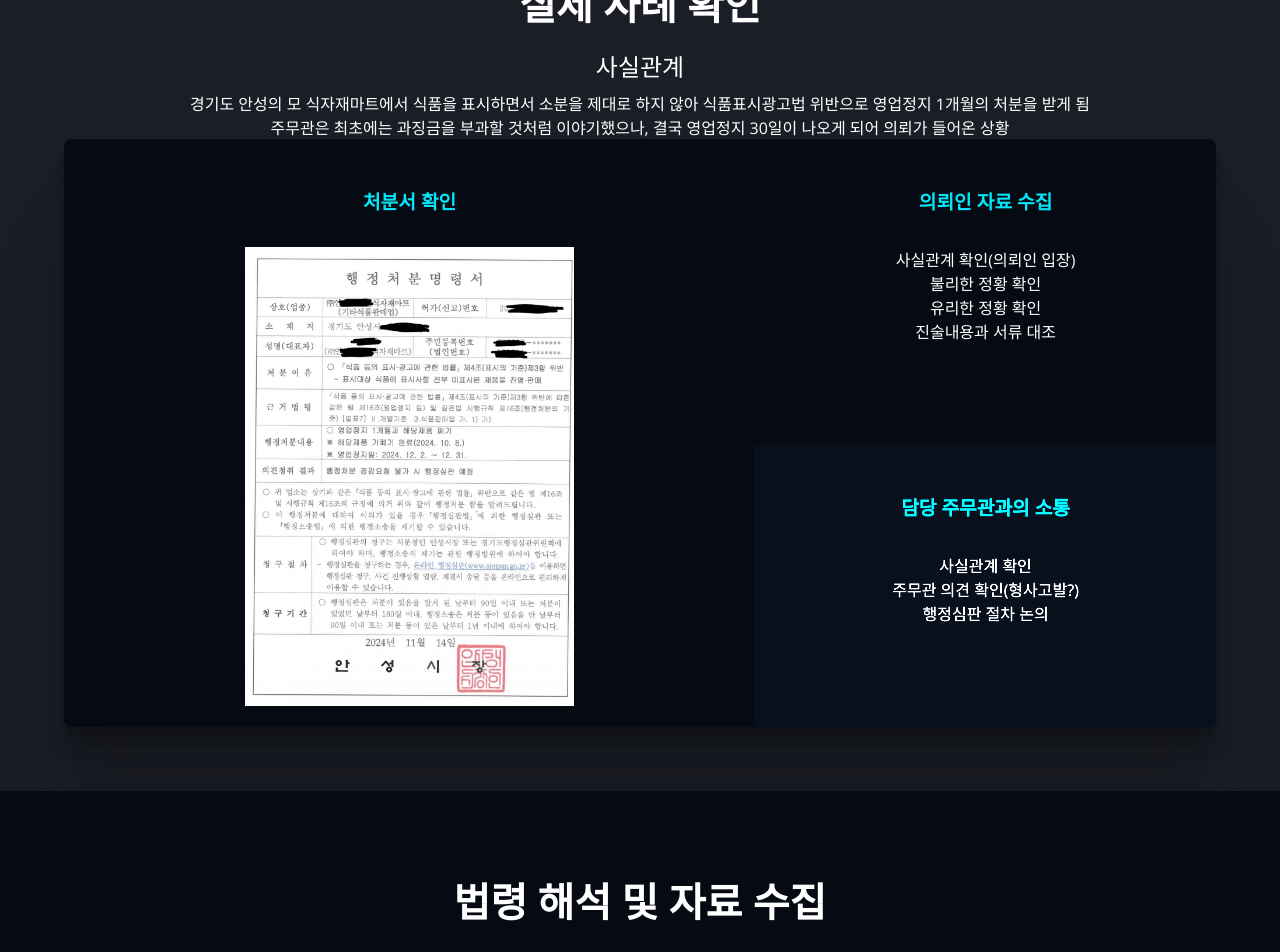
Repository: eggmoon/eggmoon_new
Page: index.html
The author's editor kept a copy of each file at every save. The page is drawn from the files as they stood at one save, then again after the next save.
The browser window is 1280 px wide. The pictures show the part of the page from y = 1512 to 2464 px (the page is 4369 px tall).
A picture or video elsewhere on the page could not be fetched, so the positions and the page height are approximate. Some web libraries are served in a nearby version.

Above is the page before, as saved 2025-02-26 19:50:54.
Console error: ReferenceError: const등 is not defined

### index.html
<!DOCTYPE html>
<html lang="en">
  <head>
    <meta charset="UTF-8" />
    <meta http-equiv="X-UA-Compatible" content="IE=edge" />
    <meta name="viewport" content="width=device-width, initial-scale=1.0" />
    <!-- SEO -->
    <title>행정심판청구서 작성 가이드</title>
    <meta
      name="description"
      content="Portfolio for world-renowned software
    engineer Ellie"
    />
    <meta name="author" content="MScho" />
    <link rel="shortcut icon" href="images/favicon.ico" type="image/x-icon" />
    <!-- OG (Open Graph Data) -->
    <meta property="og:title" content="행정정심판청구서 작성 가이드" />
    <meta property="og:type" content="website" />
    <meta property="og:url" content="https://eggmoon.github.io/eggmoon/"/>
    <meta property="og:image" content="배포후에 생성된 이미지 URL" />
    <!-- Google Fonts -->
    <link rel="preconnect" href="https://fonts.googleapis.com" />
    <link rel="preconnect" href="https://fonts.gstatic.com" crossorigin />
    <link
      href="https://fonts.googleapis.com/css2?family=Open+Sans:wght@400;600&display=swap"
      rel="stylesheet"
    />
    <!-- Font Awesome -->
    <script src="https://kit.fontawesome.com/8d3cd595d6.js" crossorigin="anonymous"></script>
    <!-- CSS -->
    <link rel="stylesheet" href="css/style.css" />
    <!-- Javascript -->
    <script src="src/main.js" defer></script>
  </head>
  <body>
    <!-- Header -->
    <header class="header">
      <div class="header__logo">
        <img class="header__logo__img" src="images/favicon.ico" alt="logo" />
        <h1 class="header__logo__title"><a href="#">조미성 행정사사무소</a></h1>
      </div>
      <nav class="header__nav">
        <ul class="header__menu">
          <li><a class="header__menu__item active" href="#home">HOME</a></li>
          <li><a class="header__menu__item" href="#about">작성Flow</a></li>
          <li><a class="header__menu__item" href="#skills">실제 사례</a></li>
          <li><a class="header__menu__item" href="#work">법령해석 및 자료수집</a></li>
          <li><a class="header__menu__item" href="#testimonial">사실관계의 재구성</a></li>
          <li><a class="header__menu__item" href="#contact">Bottom</a></li>
        </ul>
      </nav>
    </header>
    <!-- Main -->
    <main>
      <!-- Home -->
      <section id="home" class="section">
        <img class="home__logo" src="images/favicon.ico" alt="Ellie's profile" />
        <h2 class="home__title"><strong class="home__title--strong">행정심판청구서</strong> <br> 작성 가이드</h2>
        <p class="home__description">사실관계 확정과 비례의 원칙을 중심으로</p>
        <a class="home__contact" href="#contact">조미성 행정사사무소</a>
      </section>
      <!-- About -->
      <section id="about" class="section max-container =">
        <h2 class="title">작성 Flow</h2>
        <p section="description">
          사실관계 및 법령의 확인
        </p>
        <p>내용을 작성해야 합니다.</p>
        <ul class="about__majors">
          <li class="about__major">
            <i class="fa-solid fa-magnifying-glass about__major__icon"></i>
            <p class="about__major__title">Step 1</p>
            <p>사실관계 및 관련 법령 확인</p>
          </li>
          <li class="about__major">
            <i class="fa-solid fa-book about__major__icon"></i>
            <p class="about__major__title">Step 2</p>
            <p>자료조사 및 법령의 해석론 확립</p>
            <li class="about__major">
              <i class="fa-solid fa-arrow-down-z-a about__major__icon"></i>
              <p class="about__major__title">Step 3</p>
              <p>사실관계의 전략적 재구성</p>
            </li>
          </li>
        </ul>
        <ul class="about__subexps">
          <li class="about__subexp">
            <div class="redicon"><i class="fa-solid fa-question"></i></div>
            <div>
              <p class="about__subexp__title">단순히 법령을 유리하게 해석하는 것만으로는 부족할 수 있으며,</p>
              <p class="about__subexp__content">모든 해석론에는 가급적 근거를 첨부해야 함</p>
            </div>
          </li>
          <li class="about__subexp">
            <div class="redicon"><i class="fa-solid fa-exclamation"></i></div>
            <div>
              <p class="about__subexp__title"> 사실관계와 법령 해석의 </p>
              <p class="about__subexp__content">모든 과정은 유기적으로 이루어져야 함</p>
            </div>
          </li>
        </ul>
      </section>
      <!-- Skills -->
      <section id="skills" class="section">
        <div class="max-container">
          <h2 class="title">실제 사례 확인</h2>
          <p class="description">사실관계</p>
          <p> 경기도 안성의 모 식자재마트에서 식품을 표시하면서 소분을 제대로 하지 않아 식품표시광고법 위반으로 영업정지 1개월의 처분을 받게 됨</p>
           <p>주무관은 최초에는 과징금을 부과할 것처럼 이야기했으나, 결국 영업정지 30일이 나오게 되어 의뢰가 들어온 상황</p>
          <div class="skills-container">
            <section class="skills__rule">
              <h3 class="skills__title">처분서 확인</h3>
              <div>
                <img class="skills__img" src="images/research/diposition.jpg" />
              </div>
              <!-- <ul>
                <li class="bar">
                  <div class="bar__metadata"><span>HTML</span><span>98%</span></div>
                  <div><div class="bar__value bar__bg" style="width: 98%"></div></div>
                </li>
                <li class="bar">
                  <div class="bar__metadata"><span>CSS</span><span>90%</span></div>
                  <div><div class="bar__value bar__bg" style="width: 90%"></div></div>
                </li>
                <li class="bar">
                  <div class="bar__metadata"><span>JavaScript</span><span>90%</span></div>
                  <div><div class="bar__value bar__bg" style="width: 90%"></div></div>
                </li>
                <li class="bar">
                  <div class="bar__metadata"><span>TypeScript</span><span>80%</span></div>
                  <div><div class="bar__value bar__bg" style="width: 80%"></div></div>
                </li>
                <li class="bar">
                  <div class="bar__metadata"><span>React</span><span>79%</span></div>
                  <div><div class="bar__value bar__bg" style="width: 79%"></div></div>
                </li>
                <li class="bar">
                  <div class="bar__metadata"><span>NodeJs</span><span>68%</span></div>
                  <div><div class="bar__value bar__bg" style="width: 68%"></div></div>
                </li>
              </ul> -->
            </section>
            <section class="skills__explain">
              <h3 class="skills__title">의뢰인 자료 수집</h3>
              <ul>
                <li>사실관계 확인(의뢰인 입장)</li>
                <li>불리한 정황 확인</li>
                <li>유리한 정황 확인</li>
                <li>진술내용과 서류 대조</li>
                <li><a href="research/measure.jpg"></a></li>
              </ul>
            </section>
            <section class="skills__data">
              <h3 class="skills__title">담당 주무관과의 소통</h3>
              <ul>
                <li>사실관계 확인</li>
                <li>주무관 의견 확인(형사고발?)</li>
                <li>행정심판 절차 논의</li>
              </ul>
            </section>
          </div>
        </div>
      </section>
      <!-- Work -->
      <section id="work" class="section">
        <div class="max-container">
          <h2 class="title">법령 해석 및 자료 수집</h2>
          <p class="description">Projects</p>
          <ul class="categories">
            <li>
              <button class="category category--selected">All <span class="category__count">8</span></button>
            </li>
            <li>
              <button class="category">근거법령<span class="category__count">3</span></button>
            </li>
            <li>
              <button class="category">하위법령<span class="category__count">3</span></button>
            </li>
            <li>
              <button class="category"> 논문/자료 등 <span class="category__count">2</span></button>
            </li>
          </ul>
          <ul class="projects">
            <li class="project">
              <a href="#" target="_blank">
                <img src="images/projects/project1.jpg" alt="act1" class="project__img"/>
                <div class="project__metadata">
                  <h3 class="project__title"><a href="https://www.law.go.kr/%EB%B2%95%EB%A0%B9/%EC%8B%9D%ED%92%88%EC%9C%84%EC%83%9D%EB%B2%95" target="_blank">식품위생법</a></h3>
                  <p>2019년 이후 식품광고법 분리</p>
                </div>
              </a>
            </li>
            <li class="project">
              <a href="#" target="_blank">
                <img src="images/projects/project2.jpg" alt="project2" class="project__img"/>
                <div class="project__metadata">
                  <h3 class="project__title">식품광고법</h3>
                  <p>사건 적용 주요 법률</p>
                </div>
              </a>
            </li>
            <li class="project">
              <a href="#" target="_blank">
                <img src="images/projects/project3.do" alt="project3" class="project__img" style="object-fit:cover;"/>
                <div class="project__metadata">
                  <h3 class="project__title"><a href="images/projects/project3.jpg" target="_blank">고객 자료 수집</a></h3>
                  <p>특수한 사정, 정상참작 등</p>
                </div>
              </a>
            </li>
            <li class="project">
              <a href="#" target="_blank">
                <img src="images/projects/project4.webp" alt="project4" class="project__img"/>
                <div class="project__metadata">
                  <h3 class="project__title">Project #4</h3>
                  <p>Clone Coding with HTML, CSS</p>
                </div>
              </a>
            </li>
            <li class="project">
              <a href="#" target="_blank">
                <img src="images/projects/project5.webp" alt="project5" class="project__img"/>
                <div class="project__metadata">
                  <h3 class="project__title">Project #5</h3>
                  <p>Clone Coding with HTML, CSS</p>
                </div>
              </a>
            </li>
            <li class="project">
              <a href="#" target="_blank">
                <img src="images/projects/project6.webp" alt="project6" class="project__img"/>
                <div class="project__metadata">
                  <h3 class="project__title">Project #6</h3>
                  <p>Clone Coding with HTML, CSS</p>
                </div>
              </a>
            </li>
            <li class="project">
              <a href="#" target="_blank">
                <img src="images/projects/project7.webp" alt="project7" class="project__img"/>
                <div class="project__metadata">
                  <h3 class="project__title">Project #7</h3>
                  <p>Clone Coding with HTML, CSS</p>
                </div>
              </a>
            </li>
            <li class="project">
              <a href="#" target="_blank">
                <img src="images/projects/project8.webp" alt="project8" class="project__img"/>
                <div class="project__metadata">
                  <h3 class="project__title">Project #8</h3>
                  <p>Clone Coding with HTML, CSS</p>
                </div>
              </a>
            </li>
          </ul>
        </div>
      </section>
      <!-- Testimonials -->
      <section id="testimonials" class="section max-container">
        <h2 class="title">사실관계의 재구성</h2>
        <p class="description">요건사실을 어떻게 유리하게 포섭할 수있을까?</p>
        <ul class="testimonials">
          <li class="testimonial">
            <img src="images/testimonials/people1.webp" alt="주체(고의/과실)" class="testimonial__img" />
            <div class="testimonial__bubble">
              <p>
                <span class="testimonial__bubble__name">법적 주체</span>는 (주)** 마트이며, <span class="testimonial__bubble__name">대표자</span>는 이**이고, <span class="testimonial__bubble__name">실제 행위자</span>는 ** 농산마트 직원들인 상황에서 유리한 점과 불리한 점은 무엇이 있을까? 어떤 요건에 포섭할 수있을까?
              </p>
              <p><span class="testimonial__bubble__name">주체/고의 및 과실</span></p>
            </div>
          </li>
          <li class="testimonial">
            <img src="images/testimonials/people2.webp" alt="내용/기간 및 위반 분량" class="testimonial__img" />
            <div class="testimonial__bubble">
              <p>일반적이지 않은 <span class="testimonial__bubble__name">
                특별한 사정</span>이 인정될 여지는 없을까?
              </p>책임 및 감경/행위요건</p>
            </div>
          </li>
          <li class="testimonial">
            <img src="images/testimonials/people3.webp" alt="people3" class="testimonial__img" />
            <div class="testimonial__bubble">
              <p class="testimonial__bubble__name">
                Lorem ipsum dolor sit amet consectetur adipisicing elit.
                Perferendis, mollitia. Fugiat recusandae unde ducimus harum
                voluptas earum reiciendis expedita inventore quas ab eum
                dignissimos, maiores deleniti officiis qui, repudiandae
                voluptatibus?
              </p>
              <p class="testimonial__bubble__name"><a href="#">Anna Jin</a> /Samsung</p>
            </div>
          </li>
        </ul>
      </section>
      <!-- Arrow up -->
      <aside>
        <a class="arrow-up" href="#home" title="back to top">
          <i class="fa-solid fa-arrow-up"></i>
        </a>
      </aside>
    </main>
    <!-- Footer -->
    <footer id="contact" class="section">
      <div class="max-container">
        <h2 class="title">Let&#39;s talk</h2>
      <p class="testimonial__bubble__name" class="section">dream.coder.ellie@gmail.com</p>
      <ul class="contact__links">
        <li>
          <a
            class="contact__link"
            href="https://github.com/eggmoon"
            target="_blank"
            title="my github link"
          >
            <i class="fa-brands fa-github"></i>
          </a>
        </li>
        <li>
          <a
            class="contact__link"
            href="https://github.com/eggmoon"
            target="_blank"
            title="my linkedin link"
          >
            <i class="fa-brands fa-linkedin"></i>
          </a>
        </li>
      </ul>
      <p class="testimonial__bubble__name">ⓒMS Cho - All rights reserved</p>
      </div>
    </footer>
  </body>
</html>

### css/style.css
/* Global */
:root {
/* App Colors */
  --color-primary: var(--color-black);
  --color-primary-variant: var(--color-gray);
  --color-accent: var(--color-blue);
  --color-accent-variant: var(--color-orange);
  --color-text: var(--color-white);
  /* Colors */
  --color-white: #ffffff;
  --color-black: #050a13;
  --color-blue: #03e8f9;
  --color-orange: #fd6413;
  --color-gray: #1b1e26;
  /* Size */
  --size-max-width: 1200px;
}
*{
  box-sizing: border-box;
}
body {
  font-family: 'Open Sans', sans-serif;
  margin: 0;
}
h1, h2, h3, p, ul {
  margin: 0;
}

ul {
  list-style: none;
  padding: 0;
}

a{
  text-decoration: none;
  color: var(--color-text);
}

button{
  background-color: transparent;
  outline: 0;
  border: 0;
}

button:focus {
  outline: 1px solid var(--color-blue);
}

/* Common */
.redicon{
  width: 40px;
  height: 40px;
  font-size:2rem;
  line-height:30px;
  text-align:center;
  color: var(--color-accent-variant);
  font-weight: bold;
  border: 3px solid var(--color-accent-variant);
  border-radius: 100%;
  margin: 0.5rem 1rem;
  flex-shrink:0;
}
.section{
  padding: 4rem;
  text-align: center !important;
}

.title{
  font-size: 2.5rem;
  margin: 1rem 0;

}

.description{
  font-size:1.5rem;
  margin:0.5rem 0;
}

.max-container {
  max-width: var(--size-max-width);
  margin: auto;
}

/* Header */
.header{
  position: fixed;
  background-color: var(--color-black);
  top: 0;
  width: 100%;
  padding:1rem;
  display: flex;
  justify-content: space-between;
  align-items: center;
  z-index:1;
}

.header__logo{
  display:flex;
  align-items: center;
  gap: 8px
}

.header__logo__img{
  width: 36px;
  height: 36px;
}

.header__logo__title {
  font-size: 1.8rem;
}

.header__menu{
  display:flex;
  gap: 4px;
}
.header__menu__item{
  padding: 8px 16px;
}
.header__menu__item:hover{
  border-bottom: 1px solid var(--color-accent);
}
.header__menu__item.active{
  border: 1px solid var(--color-accent);
}
/* Home */
#home{
  background-color: var(--color-primary);
  color: var(--color-text);
  padding: 5rem 1rem;
  padding-top: 7rem;
  text-align: center;
}
.home__logo{
 width: 250px;
 height: 250px;
 object-fit: contain;
 border: 3px solid var(--color-accent);
 border-radius: 50%;
}
.home__title{
 font-size:3rem;
 margin-bottom: 1rem;

}
.home__title--strong{
  color: var(--color-accent);
}
/* .home__description{

} */

.home__contact{
  display: inline-block;
  background-color: var(--color-accent);
  color: var(--color-black);
  padding: 0.5rem 1rem;
  margin-top: 1rem;
  font-weight: bold;
  border-radius: 4px;
}

.home__contact:hover{
    /* hover 밀림 현상 해결: width, height을 주거나 outline으로 해결함 */
  background-color:transparent;
  outline: 1px solid var(--color-accent);
  color: var(--color-text);
}

/* about */

.about__majors{
  display: flex;
  justify-content: space-between;
  gap: 1rem;
  margin: 2.5rem 0;
}

.about__major{
  background-color: var(--color-primary-variant);
  padding: 2rem 1rem;
  color: var(--color-text);
  border-radius: 1rem;
  cursor: default;
  box-shadow:4.0px 8.0px 8.0px rgba(0,0,0,0.38);
  flex-grow:1;
  flex-shrink:1;
  flex-basis:0;
}

.about__major__icon{
  font-size: 4rem;
  margin: 1rem 0;
  color: var(--color-accent);
  transition: all 300ms ease;
}

.about__major__title{
 font-size: 1.5rem;
 font-weight: bold;
 margin-bottom: 1rem;
}

.about__major:hover .about__major__icon{
  transform: rotate(-15deg) scale(1.2);
}

.about__subexps{
  text-align: start;
}
.about__subexp{
  display:flex;
  align-items: center;
  gap: 8px;
  margin-bottom: 1rem;
}
.about__subexp__title{
  color: var(--color-primary);
}

.about__subexp__content{
  color: var(--color-primary);
}

/* skills */

#skills {
  background-color: var(--color-primary-variant);
  color: var(--color-text);
}
.skills__title{
  color: var(--color-accent);
  margin: 1rem 0;
  font-size: 1.2rem;
  margin: 2rem 3rem;
}

.skills__img{
  width: 50%;
  object-fit:cover;
  box-shadow: var(--color-) 0px 0px 16px;

}
.skills-container{
  display: grid;
  grid-template-columns: 6fr 4fr;
  background-color: var(--color-primary);
  border-radius: 8px;
  overflow: hidden;
  box-shadow: 0 2.8px 2.2px rgba(0, 0, 0, 0.034), 0 6.7px 5.3px rgba(0, 0, 0, 0.048), 0 12.5px 10px rgba(0, 0, 0, 0.06), 0 22.3px 17.9px rgba(0, 0, 0, 0.072), 0 41.8px 33.4px rgba(0, 0, 0, 0.086), 0 100px 80px rgba(0, 0, 0, 0.12)
}

.skills__rule{
  grid-row: span 2;
  padding: 1rem;
}

.skills__explain{
  padding: 1rem;
}

.skills__data{
  padding: 1rem;
  background-color: var(--color-primary);
    filter: brightness(150%);
}

.bar{
  display:flex;
  flex-direction: column;
  padding: 1rem;
  gap: 0.5rem;
}
.bar__metadata{
  display:flex;
  justify-content:space-between;
}
.bar__bg{
  width: 100%;
  height: 3px;
  background-color: var(--color-primary-varient);
}
.bar__value{
  background-color: var(--color-accent);
}
 /* Work */
 #work {
  background-color: var(--color-primary);
  color: var(--color-text);
 }

 .categories {
  display:flex;
  justify-content: center;
  margin: 2.5rem;
  gap: 1rem;
 }

 .category {
  position:relative;
  color: var(--color-text);
  font-size: 1.1rem;
  padding: 0.5rem 3rem;
  border-radius: 4px;
  border: 1px solid var(--color-accent);
  cursor: pointer;
  white-space: nowrap;
 }


 .category__count{
  opacity: 0;
  position: absolute;
  top: -20px;
  right: 16px;
  width: 28px;
  height: 28px;
  line-height: 28px;
  border-radius: 100%;
  background-color: var(--color-accent-variant);
  color: var(--color-text);
  transition: all 300ms ease-in;
 }
 .category--selected {
  background-color: var(--color-accent);
  color: var(--color-primary);
 }
 .category--selected .category__count,
 .category:hover .category__count {
  opacity: 1;
  top:0;
 }

 .projects {
  display: grid;
  grid-template-columns: repeat(4, 1fr);
  grid-template-rows: repeat(2,1fr);
  gap: 1rem;
 }

 .project{
  position:relative;
  border-radius:8px;
  overflow:hidden;
 }

 .project__img{
  width: 100%;
 }

 .project__metadata{
  opacity: 0;
  position: absolute;
  top: 0;
  left: 0;
  width: 100%;
  height: 100%;
  background-color: var(--color-black);
  display:flex;
  flex-direction: column;
  justify-content: center;
  align-items: center;
  transition: all 250ms ease-in;
  transform: translateY(-10px);
 }

 .project__metadata:hover {
  opacity:0.8;
  transform: translateY(0px);
 }
 .project__title:after{
  content: '';
  display: block;
  position:relative;
  left:50%;
  transform: translate(-60%);
  width: 80px;
  height: 2px;
  background-color: var(--color-accent);
  margin:0.5rem;
 }
 /* Testimonial */

 .testimonials{
  margin: 3rem;
  }

  .testimonial{
   display: flex;
   align-items:center;
   margin-bottom: 2rem;
  }

  .testimonial:nth-child(even) .testimonial__img {
   order: 1;
  }

  .testimonial__img{
  width: 150px;
  height: 150px;
  border-radius: 100%;
  box-shadow: rgba(0, 0, 0, 0.2) 0px 60px 40px -7px;
  }
  .testimonial__bubble{
   padding: 1rem;
   border-radius: 8px;
   box-shadow: rgba(0, 0, 0, 0.2) 0px 60px 40px -7px;
  }

  .testimonial__bubble__name{
   color: var(--color-accent);
   font-weight: bold;
   filter: brightness(70%);
  }
 /* Arrow Up */

.arrow-up{
  background-color:var(--color-primary);
  position:fixed;
  bottom: 3rem;
  right: 3rem;
  font-size: 3rem;
  width: 4.5rem;
  height: 4.5rem;
  border-radius: 100%;
  text-align:center;
  box-shadow: 0 20px 50px var(--color-accent);

  }
  /* Footer */

  #contact{
  background-color: var(--color-primary);
  color: var(--color-text);
  }
  .contact__links{
  display: flex;
  justify-content: center;
  gap: 1rem;
  padding: 1rem;
  font-size: 2rem;
  }
  .contact__link {
  transform: color 250ms ease-in
  }
  .contact__link:hover {
  color: var(--color-accent);
  }

@media screen and (max-width: 768px){
  /* common */
  .section {
    padding: 3rem 2rem;
  }
  .title {
    font-size: 2rem;
  }
  .description{
    font-size:1rem;
  }

  /* header */
    .header{
      flex-direction: column;
      align-items: start;
     }
    .header__menu {
       flex-direction:column;
       text-align: center;
       padding: 1rem 4rem;
       gap: 1rem;
    }
  .header__nav{
    width: 100%;
  }

  /* HOME */
  #home{
    padding-bottom: 3rem;
  }
  .home__title{
    font-size: 2.5rem;
    margin-bottom: 0.5rem;
  }
  /* about */
  .about__majors{
    flex-direction: column;
    justify-content:center;
    align-items: center;
  }
  .about__major{
    max-width: 30rem;
  }
  .about__subexp{
    justify-content: center;
  }
  /* skills */
  .skills-container {
    grid-template-columns: 1fr;
  }

  /* Work */
  .categories {
    flex-direction: column;
  }
  .category {
    width: 100%;
  }
 .projects{
  grid-template-columns: repeat(2, 1fr);
 }
 /* testimonial */
 .testimonial{
  flex-direction: column;
 }
 .testimonial:nth-child(even) .testimonial__img {
  order:0;
 }
 /* Arrow Up */
 .arrow-up{
  font-size:2rem;
  width: 3rem;
  height: 3rem;
  bottom: 1.5rem;
  right: 1.5rem;
 }

}

### src/main.js
const등

After the next save:
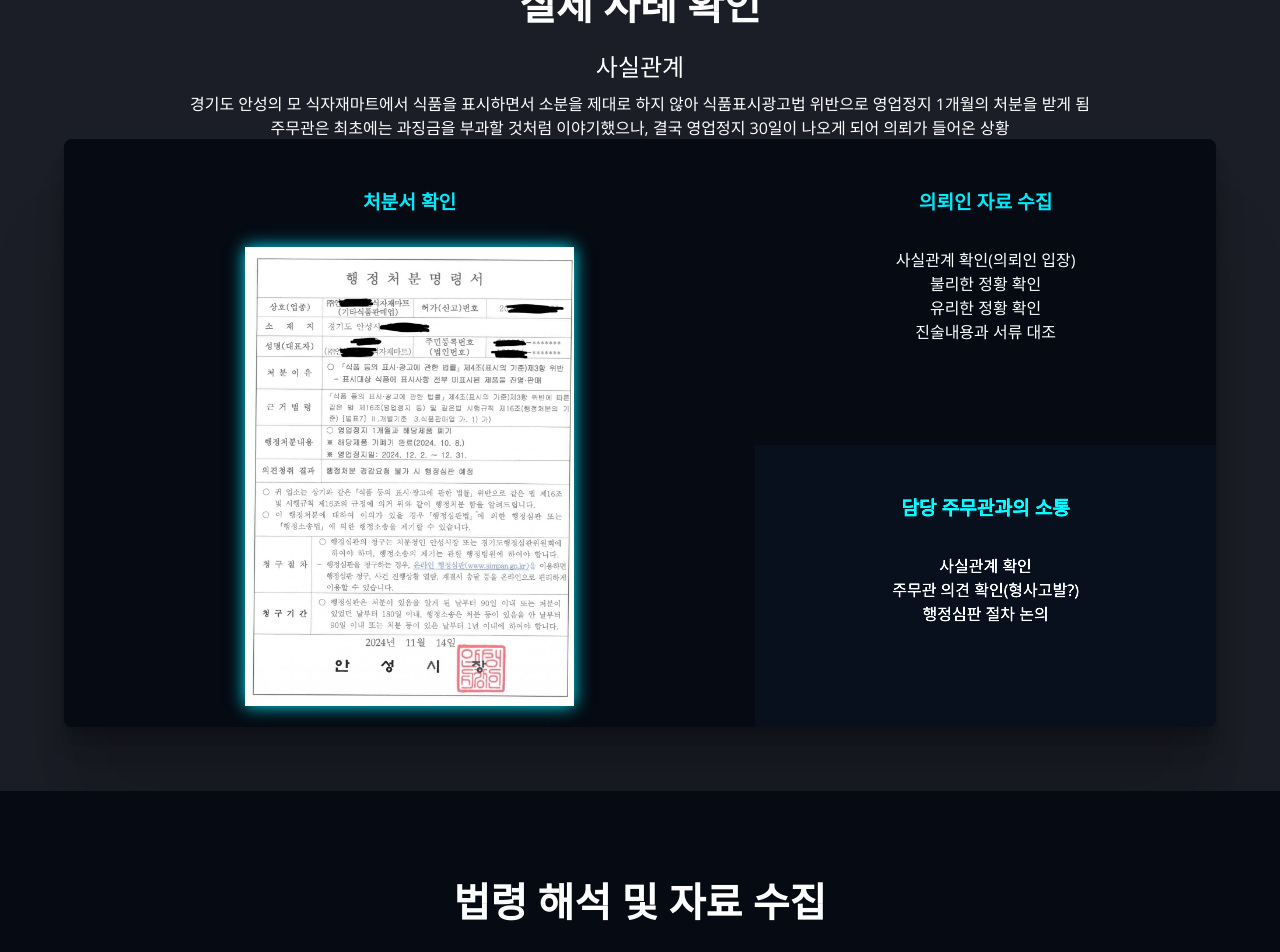
Saved 5 s later.
--- a/css/style.css
+++ b/css/style.css
@@ -237,7 +237,7 @@
 .skills__img{
   width: 50%;
   object-fit:cover;
-  box-shadow: var(--color-) 0px 0px 16px;
+  box-shadow: var(--color-accent) 0px 0px 16px;
 
 }
 .skills-container{
